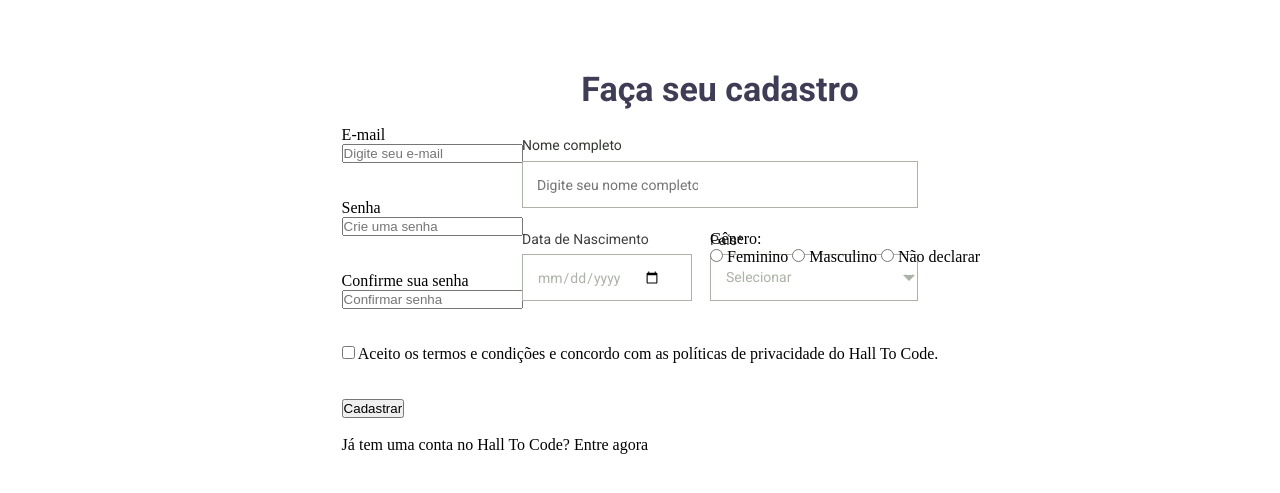
Repository: RenatoCCS/formularios
Page: cadastro.html
An editor plug-in stored every save of this project. The page is shown before and after a run of saves, followed by the edit.
The browser window is 1280 px wide. The pictures show the whole page.

Above is the page before, as saved 2023-03-24 15:01:15.

### cadastro.html
<!DOCTYPE html>
<html lang="pt-br">
  <head>
    <meta charset="UTF-8" />
    <meta http-equiv="X-UA-Compatible" content="IE=edge" />
    <meta name="viewport" content="width=device-width, initial-scale=1.0" />
    <link rel="stylesheet" href="style.css" />
    <title>Faça seu cadastro</title>
  </head>

  <body class="container">
    <form action="" class="form__Cadastro">
      <div class="form__Cadastro__Titulo">
        <h1>Faça seu cadastro</h1>
      </div>

      <div class="nome__Cadastro">
        <label class="nome__Cadastro__Nomecompleto" for="name"
          >Nome completo</label
        >

        <input
          class="nome__Cadastro__Campo"
          id="name"
          type="text"
          name="name"
          placeholder="Digite seu nome completo"
        />
      </div>
      <br /><br />

      <div class="data__Cadastro">
        <label class="data__Cadastro__Nascimento" for="date"
          >Data de Nascimento</label
        >
        <br />

        <input
          class="data__Cadastro__Calendario"
          id="date"
          type="date"
          name="date"
          placeholder="dd/mm/aaaa"
        />
      </div>
      <br /><br />

      <div class="pais__Cadastro">
        <label class="pais__Cadastro__Pais" for="options__Cascading"
          >País*</label
        ><br />
        <select
          class="pais__Cadastro__Campo"
          name="opções"
          id="options__Cascading "
        >
          <option>Selecionar</option>
          <option>Brasil</option>
          <option>Argentina</option>
          <option>Chile</option>
          <option>Uruguai</option>
        </select>
        <img
          class="pais__Cadastro__Seta"
          src="./assets/arrow_drop_down.png"
          alt="Icone de seta"
        />
      </div>
      <br /><br />

      <section class="genero__Cadastro">
        <legend class="genero__Cadastro__Titulo">Gênero:</legend>

        <input
          class="genero__Cadastro__Botao1"
          id="option__Button__Feminino"
          type="radio"
          name="botão"
        />
        <label class="genero__Cadastro__Feminino" for="option__Button__Feminino"
          >Feminino</label
        >

        <input
          class="genero__Cadastro__Botao2"
          id="option__Button__Masculino"
          type="radio"
          name="botão"
        />
        <label
          class="genero__Cadastro__Masculino"
          for="option__Button__Masculino"
          >Masculino</label
        >

        <input
          class="genero__Cadastro__Botao3"
          id="option__Button__Naodeclarar"
          type="radio"
          name="botão"
        />
        <label
          class="genero__Cadastro__Naodeclarar"
          for="option__Button__Naodeclarar"
          >Não declarar</label
        >
      </section>
      <br />

      <div>
        <label for="email">E-mail</label>
        <br />
        <input
          id="email"
          type="email"
          name="email"
          placeholder="Digite seu e-mail"
        />
      </div>
      <br /><br />

      <div>
        <label for="password">Senha</label>
        <br />
        <input
          id="password"
          type="password"
          name="senha"
          placeholder="Crie uma senha"
        />
      </div>
      <br /><br />

      <div>
        <label for="confirm__Password">Confirme sua senha</label>
        <br />
        <input
          id="confirm__Password"
          type="password"
          name="confirmar__Senha"
          placeholder="Confirmar senha"
        />
      </div>
      <br /><br />

      <div>
        <input type="checkbox" name="termos" id="term" />
        <label for="term"
          >Aceito os termos e condições e concordo com as políticas de
          privacidade do Hall To Code.</label
        >
      </div>
      <br /><br />

      <button type="submit">Cadastrar</button>
      <br /><br />

      <p>Já tem uma conta no Hall To Code? Entre agora</p>
    </form>
  </body>
</html>

### style.css
@import url('https://fonts.googleapis.com/css2?family= Roboto :wght@400;700 & display=swap');

* {
  margin: 0;
  padding: 0;
}

:root {
  --primeira-cor: #3f3d56;
  --segunda-cor: #323730;
  --terceira-cor: #abb3a8;
  --quarta-cor: #ffffff;
  --quinta-cor: #3f3f40;

  --fonte-primaria: 'Roboto', sans-serif;
}

.container {
  display: flex;
  justify-content: center;
}

.form__Cadastro__Titulo {
  position: absolute;
  width: 302px;
  height: 43px;
  left: 569px;
  top: 68px;
  color: var(--primeira-cor);
  font-family: var(--fonte-primaria);
  font-style: normal;
  font-weight: 700;
  font-size: 17px; /*o indicado é 37px, mas se manter quebra a linha*/
  line-height: 43px;
  text-align: center;
}

.nome__Cadastro {
  position: absolute;
  width: 396px;
  height: 69px;
  top: 139px;
  left: 522px;
}

.nome__Cadastro__Nomecompleto {
  position: absolute;
  width: 100px;
  height: 24px;
  top: -6px;
  left: 0px;
  color: var(--segunda-cor);
  font-family: var(--fonte-primaria);
  font-style: normal;
  font-weight: 400;
  font-size: 14px;
  line-height: 24px;
}

.nome__Cadastro__Campo {
  position: absolute;
  width: 163px;
  height: 24px;
  top: 34px;
  left: 14px;
  color: var(--terceira-cor);
  font-family: var(--fonte-primaria);
  font-style: normal;
  font-weight: 400;
  font-size: 14px;
  line-height: 24px;
  padding: 12px 219px 11px 14px;
}

.nome__Cadastro__Campo {
  box-sizing: border-box;
  border: 1px solid;
  position: absolute;
  width: 396px;
  height: 47px;
  top: 22px;
  left: 0%;
  right: 0%;
  top: 31, 88%;
  bottom: 0%;
  color: var(--terceira-cor);
  background-color: var(--quarta-cor);
}

.data__Cadastro {
  position: absolute;
  width: 170px;
  height: 74px;
  left: 522px;
  top: 232px;
}

.data__Cadastro__Nascimento {
  position: absolute;
  width: 127px;
  height: 18px;
  top: -2px;
  left: 0px;
  color: var(--quinta-cor);
  font-family: var(--fonte-primaria);
  font-style: normal;
  font-weight: 400;
  font-size: 14px;
  line-height: 24px;
  display: flex;
  align-items: center;
}

.data__Cadastro__Calendario {
  position: absolute;
  width: 83px;
  height: 24px;
  top: 12px;
  left: 14px;
  color: var(--terceira-cor);
  font-family: var(--fonte-primaria);
  font-style: normal;
  font-weight: 400;
  font-size: 14px;
  line-height: 24px;
  display: flex;
  align-items: center;
  padding: 12px 73px 11px 14px;
}

.data__Cadastro__Calendario {
  box-sizing: border-box;
  border: 1px solid;
  position: absolute;
  width: 170px;
  height: 47px;
  top: 22px;
  left: 0%;
  right: 0%;
  top: 31, 88%;
  bottom: 0%;
  color: var(--terceira-cor);
  background-color: var(--quarta-cor);
}

.pais__Cadastro {
  position: absolute;
  width: 208px;
  height: 69px;
  top: 230px;
  left: 710px;
}

.pais__Cadastro__Pais {
  position: absolute;
  width: 34px;
  height: 15px;
  top: -2px;
  left: 0px;
  color: var(--segunda-cor);
  font-family: var(--fonte-primaria);
  font-style: normal;
  font-weight: 400;
  font-size: 14px;
  line-height: 24px;
}

.pais__Cadastro__Campo {
  position: absolute;
  width: 66px;
  height: 24px;
  top: 34px;
  left: 14px;
  color: var(--terceira-cor);
  font-family: var(--fonte-primaria);
  font-style: normal;
  font-weight: 400;
  font-size: 14px;
  line-height: 24px;
  padding: 12px 11px 14px;
}

.pais__Cadastro__Campo {
  box-sizing: border-box;
  border: 1px solid;
  position: absolute;
  width: 208px;
  height: 47px;
  top: 24px;
  left: 0%;
  right: 0%;
  top: 31, 88%;
  bottom: 0%;
  color: var(--terceira-cor);
  background-color: var(--quarta-cor);
}

.pais__Cadastro__Campo option {
  position: absolute;
  color: var(--segunda-cor);
  font-family: var(--fonte-primaria);
  font-style: normal;
  font-weight: 400;
  font-size: 14px;
  line-height: 16px;
}

.pais__Cadastro__Seta {
  position: absolute;
  width: 12px;
  height: 6px;
  top: 45px;
  left: 193px;
}

.genero__Cadastro {
  position: absolute;
  width: 386px;
  height: 50px;
  top: 230px;
  left: 710px;
}

After the next 2 saves:
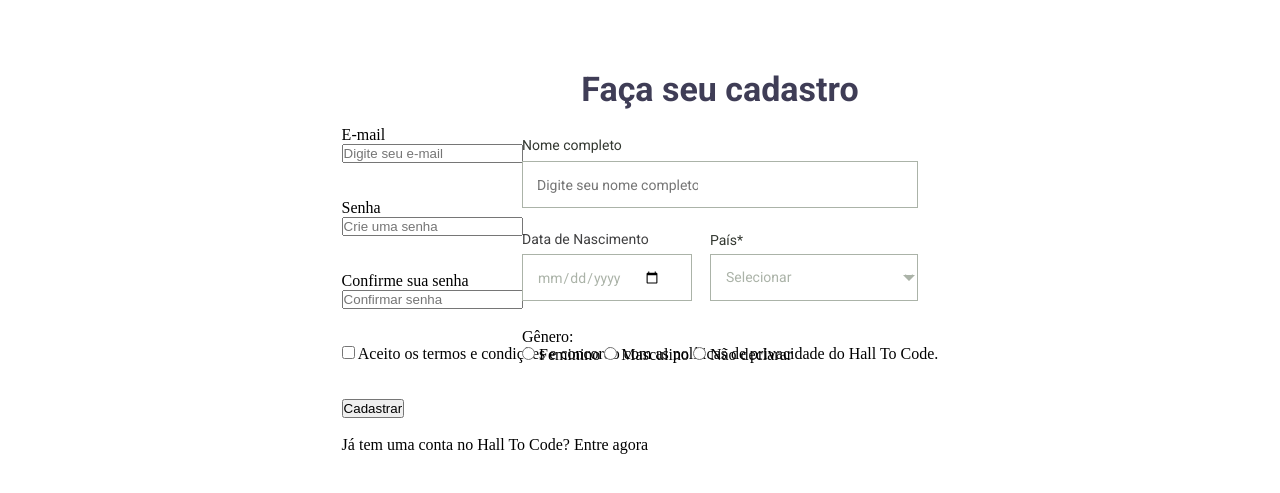
The 2 saves are shown as one change because they came seconds apart.
The last was saved 10 s later.
--- a/style.css
+++ b/style.css
@@ -217,6 +217,6 @@
   position: absolute;
   width: 386px;
   height: 50px;
-  top: 230px;
-  left: 710px;
-}
+  top: 328px;
+  left: 522px;
+}
